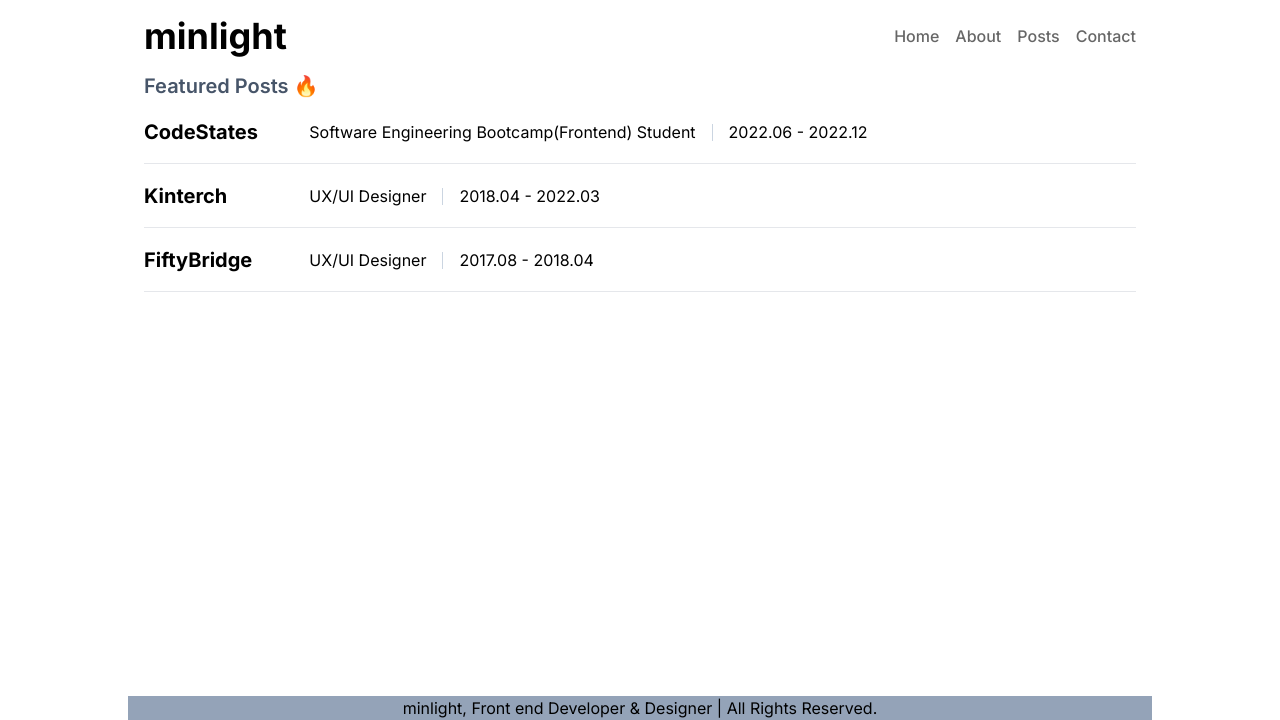
Repository: kwngmin/minlight-blog
Page: /about
An editor plug-in stored every save of this project. The page is shown before and after the next save, followed by the edit.
The browser window is 1280 px wide. The pictures show the whole page.
The project was rebuilt for these pictures with package versions that can differ from the ones it lists, and the page was loaded fresh each time. The framework's server and built-in components were replaced by stand-ins that run in the browser. Also part of the build but not shown: next.config.js.

Above is the page before, as saved 2023-04-01 00:00:50.

### src/app/layout.tsx
import Footer from "@/components/Footer";
import "./globals.css";
import { Inter } from "next/font/google";
import Header from "@/components/Header";

const inter = Inter({ subsets: ["latin"] });

export const metadata = {
  title: "Create Next App",
  description: "Generated by create next app",
};

export default function RootLayout({
  children,
}: {
  children: React.ReactNode;
}) {
  return (
    <html lang="en" className={inter.className}>
      <body className="flex flex-col w-full max-w-screen-lg mx-auto">
        <Header />
        <main className="grow mx-4">{children}</main>
        <Footer />
      </body>
    </html>
  );
}

### src/app/about/page.tsx
export default function AboutPage() {
  const careerData = [
    {
      company: "CodeStates",
      role: "Software Engineering Bootcamp(Frontend) Student",
      period: "2022.06 - 2022.12",
    },
    {
      company: "Kinterch",
      role: "UX/UI Designer",
      period: "2018.04 - 2022.03",
    },
    {
      company: "FiftyBridge",
      role: "UX/UI Designer",
      period: "2017.08 - 2018.04",
    },
  ];
  return (
    <article>
      <h2 className="text-xl font-semibold text-slate-600">
        Featured Posts 🔥
      </h2>
      <ul>
        {careerData.map(({ company, role, period }) => (
          <li key={company} className="flex items-center h-16 border-b">
            <h3 className="font-bold text-xl w-1/6">{company}</h3>
            <p>
              {role}
              <span className="border-l text-sm mx-4 border-slate-300" />
              {period}
            </p>
          </li>
        ))}
      </ul>
    </article>
  );
}

### src/components/Footer.tsx
export default function Footer() {
  return (
    <p className="bg-slate-400 text-center">
      minlight, Front end Developer & Designer | All Rights Reserved.
    </p>
  );
}

### src/app/globals.css
@tailwind base;
@tailwind components;
@tailwind utilities;

* {
  box-sizing: border-box;
  padding: 0;
  margin: 0;
}

html,
body {
  height: 100vh;
  overflow-y: auto;
}

/*
:root {
  --max-width: 1100px;
  --border-radius: 12px;
  --font-mono: ui-monospace, Menlo, Monaco, "Cascadia Mono", "Segoe UI Mono",
    "Roboto Mono", "Oxygen Mono", "Ubuntu Monospace", "Source Code Pro",
    "Fira Mono", "Droid Sans Mono", "Courier New", monospace;

  --foreground-rgb: 0, 0, 0;
  --background-start-rgb: 214, 219, 220;
  --background-end-rgb: 255, 255, 255;

  --primary-glow: conic-gradient(
    from 180deg at 50% 50%,
    #16abff33 0deg,
    #0885ff33 55deg,
    #54d6ff33 120deg,
    #0071ff33 160deg,
    transparent 360deg
  );
  --secondary-glow: radial-gradient(
    rgba(255, 255, 255, 1),
    rgba(255, 255, 255, 0)
  );

  --tile-start-rgb: 239, 245, 249;
  --tile-end-rgb: 228, 232, 233;
  --tile-border: conic-gradient(
    #00000080,
    #00000040,
    #00000030,
    #00000020,
    #00000010,
    #00000010,
    #00000080
  );

  --callout-rgb: 238, 240, 241;
  --callout-border-rgb: 172, 175, 176;
  --card-rgb: 180, 185, 188;
  --card-border-rgb: 131, 134, 135;
}

@media (prefers-color-scheme: dark) {
  :root {
    --foreground-rgb: 255, 255, 255;
    --background-start-rgb: 0, 0, 0;
    --background-end-rgb: 0, 0, 0;

    --primary-glow: radial-gradient(rgba(1, 65, 255, 0.4), rgba(1, 65, 255, 0));
    --secondary-glow: linear-gradient(
      to bottom right,
      rgba(1, 65, 255, 0),
      rgba(1, 65, 255, 0),
      rgba(1, 65, 255, 0.3)
    );

    --tile-start-rgb: 2, 13, 46;
    --tile-end-rgb: 2, 5, 19;
    --tile-border: conic-gradient(
      #ffffff80,
      #ffffff40,
      #ffffff30,
      #ffffff20,
      #ffffff10,
      #ffffff10,
      #ffffff80
    );

    --callout-rgb: 20, 20, 20;
    --callout-border-rgb: 108, 108, 108;
    --card-rgb: 100, 100, 100;
    --card-border-rgb: 200, 200, 200;
  }
}

* {
  box-sizing: border-box;
  padding: 0;
  margin: 0;
}

html,
body {
  max-width: 100vw;
  overflow-x: hidden;
}

body {
  color: rgb(var(--foreground-rgb));
  background: linear-gradient(
      to bottom,
      transparent,
      rgb(var(--background-end-rgb))
    )
    rgb(var(--background-start-rgb));
}

a {
  color: inherit;
  text-decoration: none;
}

@media (prefers-color-scheme: dark) {
  html {
    color-scheme: dark;
  }
} */

### src/components/Header.tsx
import Link from "next/link";

const navData = [
  { name: "Home", path: "/" },
  { name: "About", path: "/about" },
  { name: "Posts", path: "/posts" },
  { name: "Contact", path: "/contact" },
];

export default function Header() {
  return (
    <div className="max-w-screen-2xl">
      <div className="flex justify-between items-center m-4">
        <Link href="/">
          <h1 className="text-4xl font-bold">minlight</h1>
        </Link>
        <nav className="flex gap-4">
          {navData.map(({ name, path }) => (
            <Link
              href={path}
              key={path}
              className="text-black/60 hover:text-black font-medium hover:underline decoration-slate-400 hover:decoration-4 underline-offset-8"
            >
              {name}
            </Link>
          ))}
        </nav>
      </div>
    </div>
  );
}

### tailwind.config.js
/** @type {import('tailwindcss').Config} */
module.exports = {
  content: ["./src/**/*.{js,ts,jsx,tsx}"],
  theme: {
    extend: {},
  },
  plugins: [require("@tailwindcss/typography")],
};

After the next save:
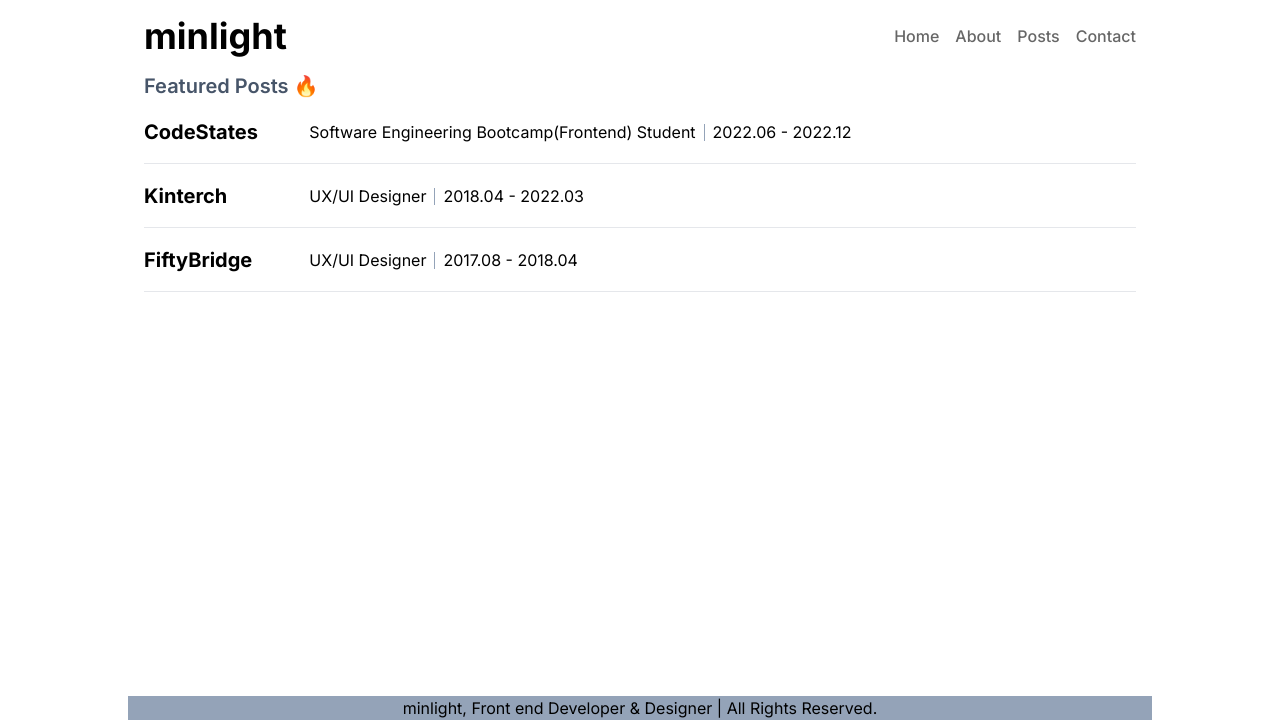
Saved 7 s later.
--- a/src/app/about/page.tsx
+++ b/src/app/about/page.tsx
@@ -27,7 +27,7 @@ export default function AboutPage() {
             <h3 className="font-bold text-xl w-1/6">{company}</h3>
             <p>
               {role}
-              <span className="border-l text-sm mx-4 border-slate-300" />
+              <span className="border-l text-sm mx-2 border-slate-400" />
               {period}
             </p>
           </li>
